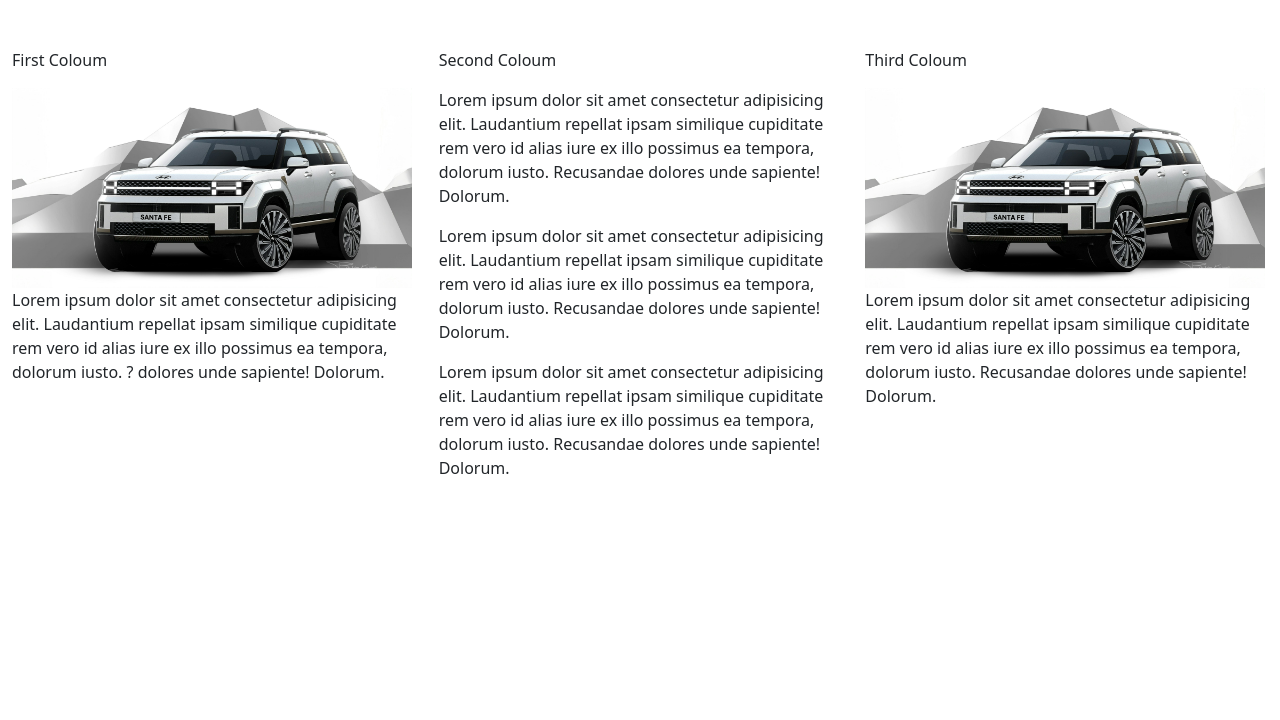
Repository: Femi007-gh/Classwork
Page: index.html
An editor plug-in stored every save of this project. The page is shown before and after a run of saves, followed by the edit.
The browser window is 1280 px wide. The pictures show the whole page.

Above is the page before, as saved 2025-02-02 21:31:55.

After the next 2 saves:
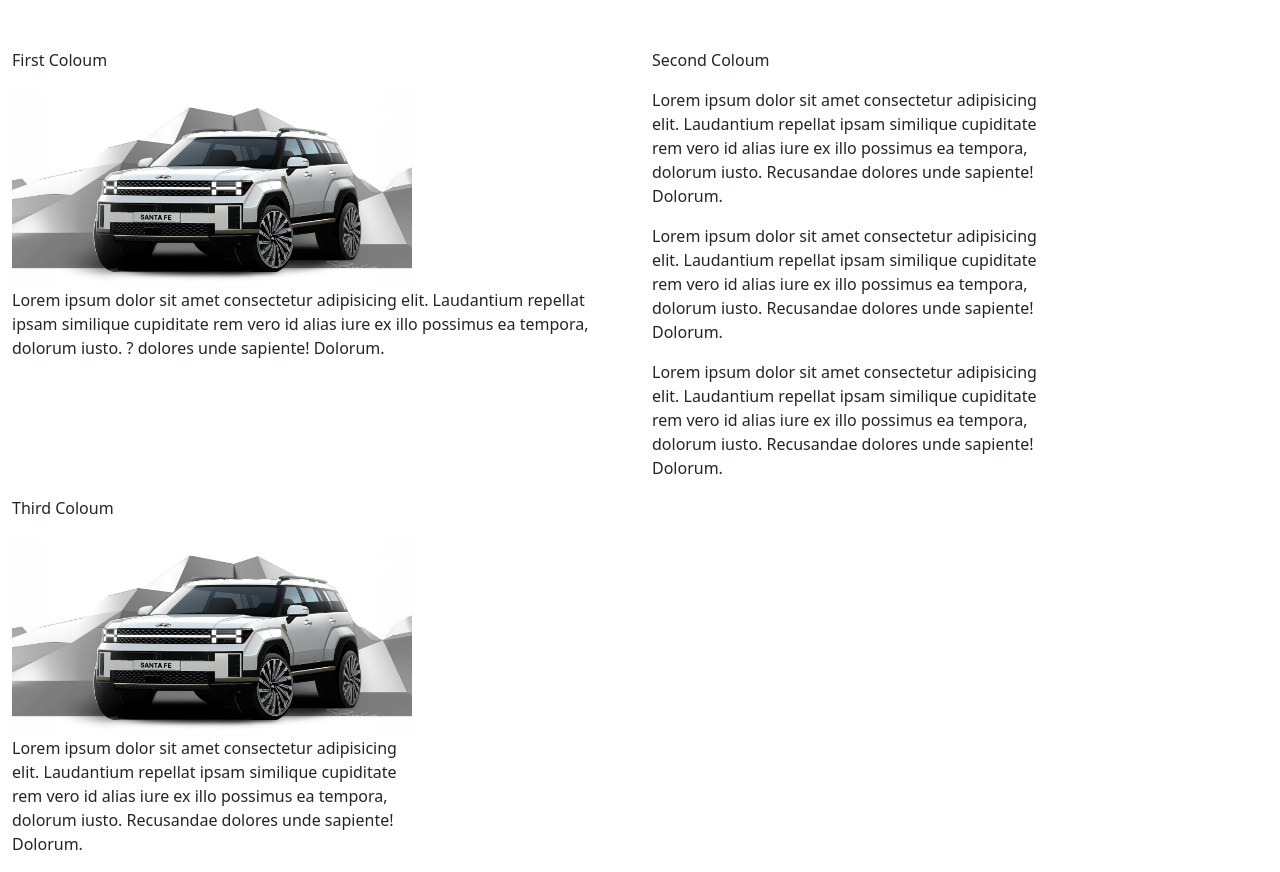
The 2 saves are shown as one change because they came seconds apart.
The last was saved 7 s later.
--- a/index.html
+++ b/index.html
@@ -7,7 +7,7 @@
   <body>
 <div class="container-fluid mt-5">
   <div class="row">
-    <div class="col-4 col">
+    <div class="col-4 col-sm-6">
       <p>First Coloum</p>
       <img class="img-fluid" src="suv.jpeg">
       <p>Lorem ipsum dolor sit amet consectetur adipisicing elit. Laudantium repellat ipsam similique cupiditate rem vero id alias iure ex illo possimus ea tempora, dolorum iusto. ? dolores unde sapiente! Dolorum.</p>
